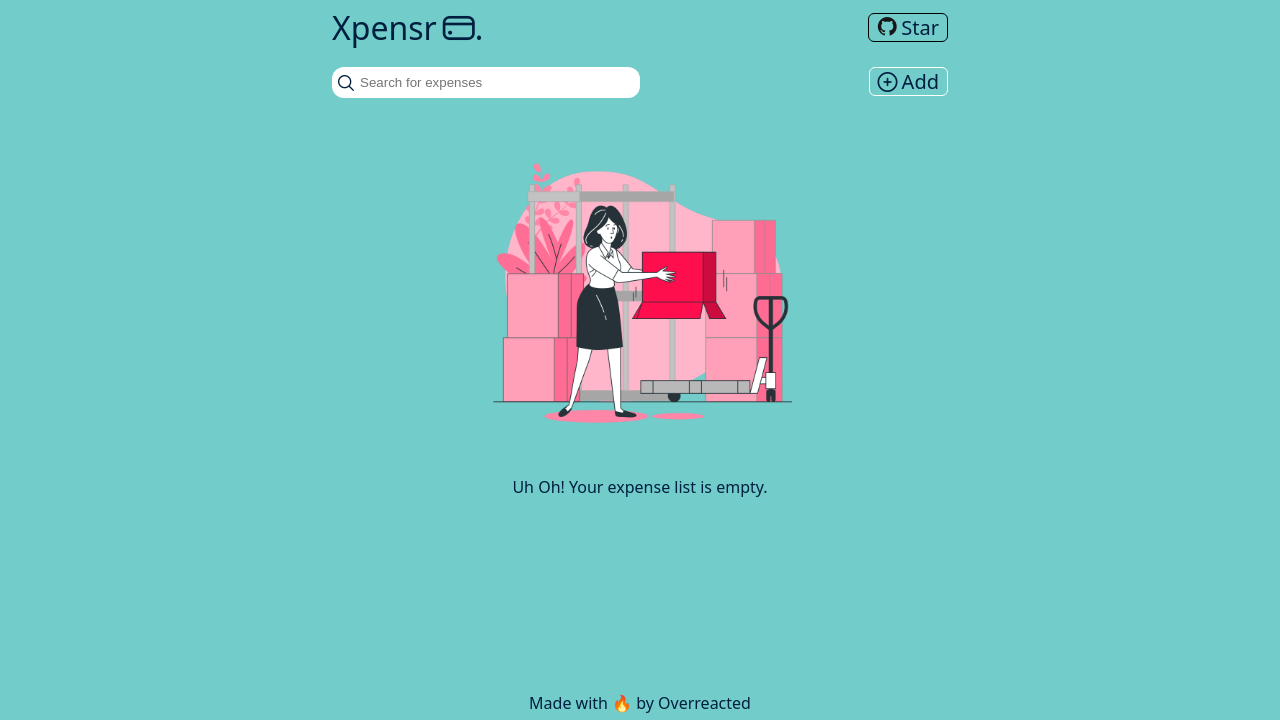
Repository: om1ars/task3
Page: /
These files come from the project's save history. The page is drawn as it stood at one moment and after a run of saves; the edit follows.
The browser window is 1280 px wide. The pictures show the whole page.
Some web libraries are served in a nearby version. The project was rebuilt for these pictures with package versions that can differ from the ones it lists, and the page was loaded fresh each time. Also part of the build but not shown: src/constants/add-expense.js, src/components/add-form/add-form.css, src/components/add-form/success-modal.css, src/components/add-form/success-modal.js, src/components/add-form/index.js, src/pages/add-expense/add-expense.css, src/pages/add-expense/index.js, src/components/expense-list/card.css and 1 more.

Above is the page before, as saved 2021-07-31 01:23:27.

After the next 4 saves:
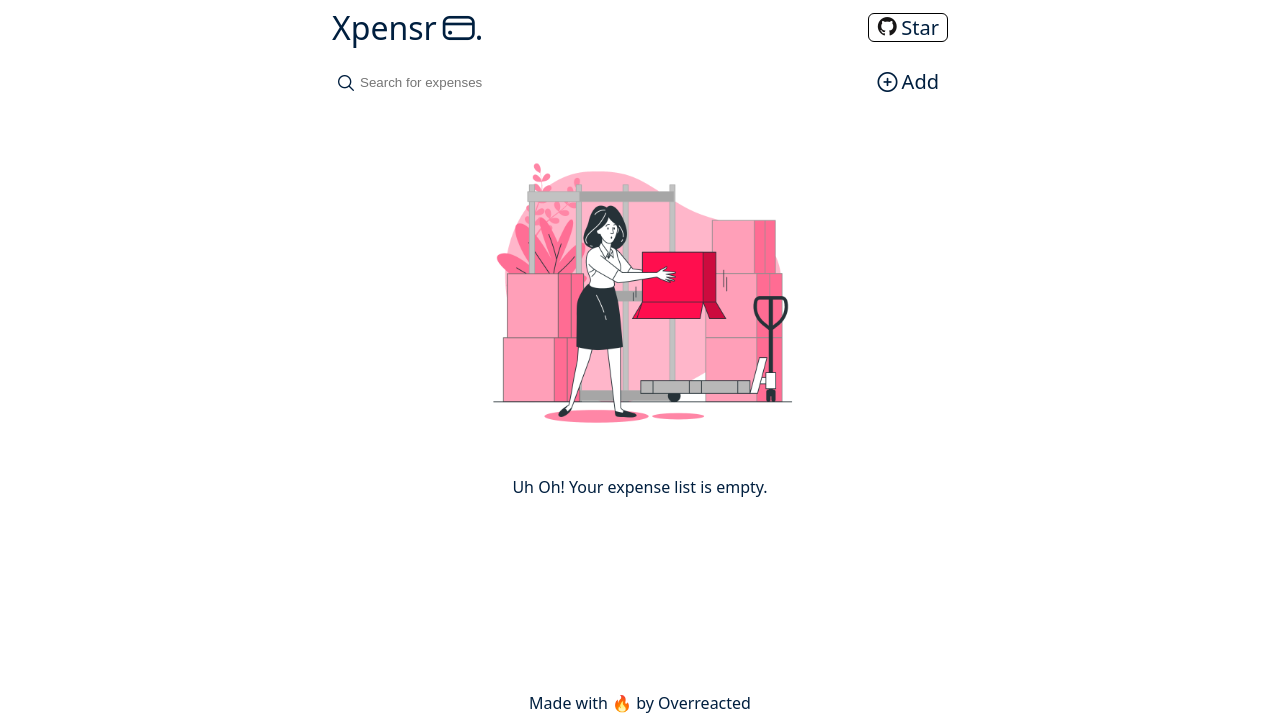
The 4 saves are shown as one change because they came seconds apart.
The last was saved 140 days later.
--- a/src/index.css
+++ b/src/index.css
@@ -3,7 +3,7 @@ body {
   font-family: "Noto Sans", sans-serif;
   -webkit-font-smoothing: antialiased;
   -moz-osx-font-smoothing: grayscale;
-  background-color: #71ccca;
+  /* background-color: #71ccca; */
   color: #001f3f;
 }
 a {
@@ -11,7 +11,7 @@ a {
   color: #001f3f;
 }
 .button {
-  background: #71ccca;
+  /* background: #71ccca; */
   box-shadow: 20px 20px 60px #60adac, -20px -20px 60px #82ebe8;
 }
 code {
